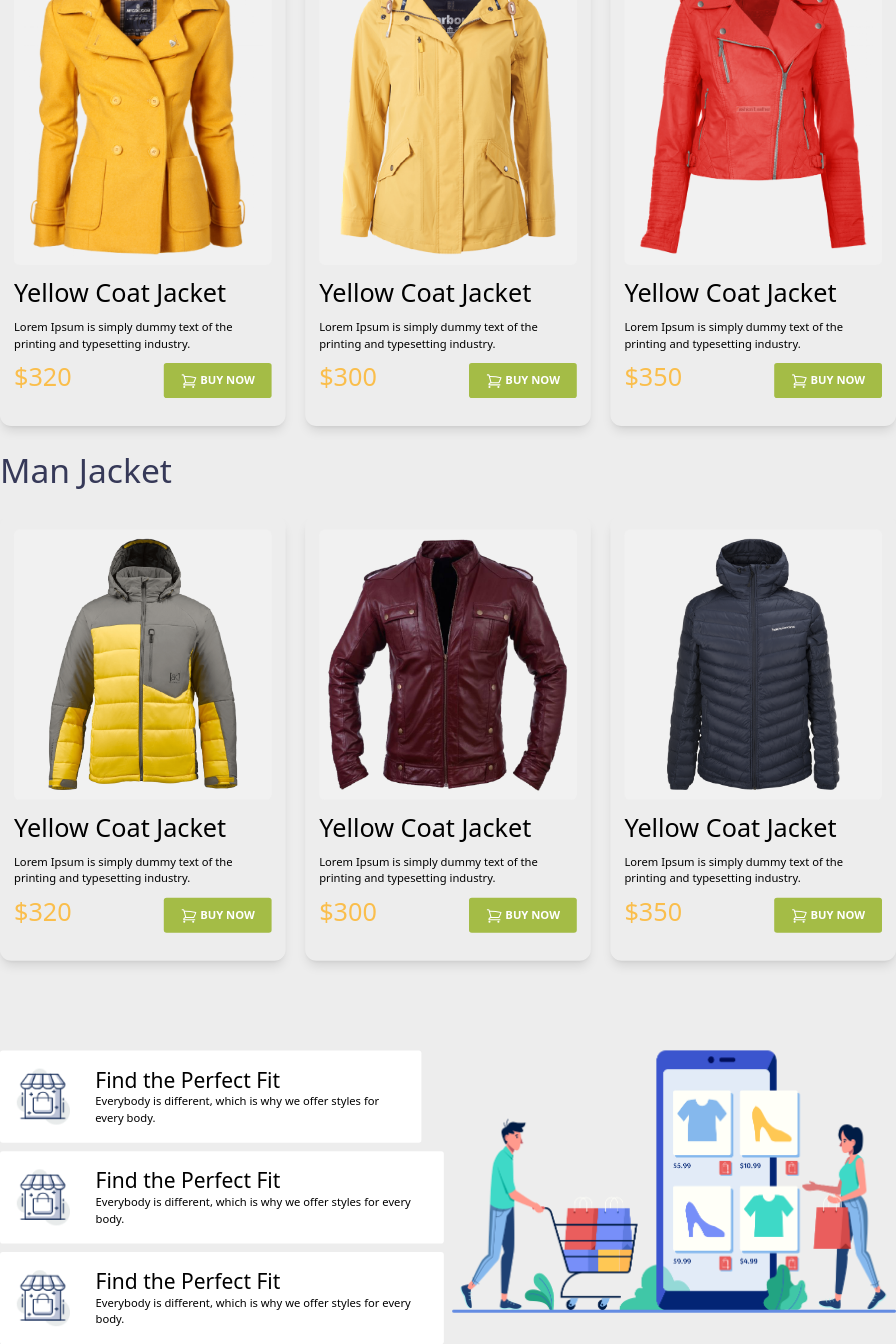
Repository: zjria/penguin-e-commerce-fashion
Page: index.html
The author's editor kept a copy of each file at every save. The page is drawn from the files as they stood at one save, then again after the next save.
The browser window is 1280 px wide. The pictures show the part of the page from y = 982 to 2902 px (the page is 2902 px tall), at 70% of full size.
Some web libraries are served in a nearby version.

Above is the page before, as saved 2022-10-07 10:01:11.

### index.html
<!DOCTYPE html>
<html lang="en">

<head>
    <meta charset="UTF-8">
    <meta http-equiv="X-UA-Compatible" content="IE=edge">
    <meta name="viewport" content="width=device-width, initial-scale=1.0">
    <title>Penguin E-commerce</title>
    <!-- Google Fonts Link -->
    <link rel="preconnect" href="https://fonts.googleapis.com">
    <link rel="preconnect" href="https://fonts.gstatic.com" crossorigin>
    <link href="https://fonts.googleapis.com/css2?family=Bebas+Neue&family=Roboto:wght@100;300;400;500&display=swap"
        rel="stylesheet">

    <!-- Tailwind CSS CDN link -->
    <script src="https://cdn.tailwindcss.com"></script>
    <script>
        tailwind.config = {
            theme: {
                extend: {
                    colors: {
                        clifford: '#da373d',
                        header_bg: '#FFFBF0',
                        main_text_color: '#363958',
                        price_color: '#FABE4C',
                        card_bg: '#F1F1F1',
                        full_card_bg: '#FFFFFF',
                        main_color: '#EDEDED'
                    }
                }
            }
        }
    </script>
</head>

<body>
    <h2 class="bg-purple-300 text-center font-header_text">Do selfless favor to people</h2>


    <!-- Header Section -->
    <header class="bg-header_bg pb-32 pt-24">
        <section class="container mx-auto uppercase sm:flex items-center justify-around">
            <div class="space-y-3">
                <h1 class="text-2xl sm:text-5xl font-bold font-header_text">
                    <span class="text-yellow-400">Be the Penguins</span> <br>
                    <span class="text-slate-600">of Winter</span>
                </h1>
                <p class="font-anther_text">Lorem Ipsum is simply dummy text of the printing
                    and typesetting industry.</p>
                <button class="uppercase bg-[#A4BC46] py-3 px-6 text-white font-semibold rounded font-anther_text"> <svg
                        xmlns="http://www.w3.org/2000/svg" fill="none" viewBox="0 0 24 24" stroke-width="1.5"
                        stroke="currentColor" class="w-6 h-6 inline text-white">
                        <path stroke-linecap="round" stroke-linejoin="round"
                            d="M2.25 3h1.386c.51 0 .955.343 1.087.835l.383 1.437M7.5 14.25a3 3 0 00-3 3h15.75m-12.75-3h11.218c1.121-2.3 2.1-4.684 2.924-7.138a60.114 60.114 0 00-16.536-1.84M7.5 14.25L5.106 5.272M6 20.25a.75.75 0 11-1.5 0 .75.75 0 011.5 0zm12.75 0a.75.75 0 11-1.5 0 .75.75 0 011.5 0z" />
                    </svg>
                    Buy Now</button>
            </div>
            <div class="pt-8 sm:pt-8">
                <img class=" w-1/2 sm:w-full" src="images/model.png" alt="">
            </div>
        </section>
    </header>

    <!-- Main Section Start -->
    <main class="bg-main_color">
        <!-- Woman Jacket -->
        <section class="container mx-auto">
            <h2 class="text-5xl my-10 text-main_text_color font-header_text">Woman Jacket</h2>
            <div class="grid md:grid-cols-2 lg:grid-cols-3 gap-7">
                <div class="full_card_bg ">
                    <div class="rounded-2xl shadow-lg p-5">
                        <div class="p-3 bg-card_bg rounded-lg">
                            <img src="images/jacket-1.png" alt="">
                        </div>
                        <div class="py-3">
                            <h3 class="text-4xl py-2">Yellow Coat Jacket</h3>
                            <p class="py-2">Lorem Ipsum is simply dummy text of the
                                printing and typesetting industry.</p>
                            <div class="flex justify-between py-2">
                                <h3 class="text-4xl text-price_color">$320</h3>
                                <button
                                    class="uppercase bg-[#A4BC46] py-3 px-6 text-white font-semibold rounded font-anther_text">
                                    <svg xmlns="http://www.w3.org/2000/svg" fill="none" viewBox="0 0 24 24"
                                        stroke-width="1.5" stroke="currentColor" class="w-6 h-6 inline text-white">
                                        <path stroke-linecap="round" stroke-linejoin="round"
                                            d="M2.25 3h1.386c.51 0 .955.343 1.087.835l.383 1.437M7.5 14.25a3 3 0 00-3 3h15.75m-12.75-3h11.218c1.121-2.3 2.1-4.684 2.924-7.138a60.114 60.114 0 00-16.536-1.84M7.5 14.25L5.106 5.272M6 20.25a.75.75 0 11-1.5 0 .75.75 0 011.5 0zm12.75 0a.75.75 0 11-1.5 0 .75.75 0 011.5 0z" />
                                    </svg>
                                    Buy Now</button>
                            </div>
                        </div>
                    </div>
                </div>
                <div class="full_card_bg ">
                    <div class="rounded-2xl shadow-lg p-5">
                        <div class="p-3 bg-card_bg rounded-lg">
                            <img src="images/jacket-2.png" alt="">
                        </div>
                        <div class="py-3">
                            <h3 class="text-4xl py-2">Yellow Coat Jacket</h3>
                            <p class="py-2">Lorem Ipsum is simply dummy text of the
                                printing and typesetting industry.</p>
                            <div class="flex justify-between py-2">
                                <h3 class="text-4xl text-price_color">$300</h3>
                                <button
                                    class="uppercase bg-[#A4BC46] py-3 px-6 text-white font-semibold rounded font-anther_text">
                                    <svg xmlns="http://www.w3.org/2000/svg" fill="none" viewBox="0 0 24 24"
                                        stroke-width="1.5" stroke="currentColor" class="w-6 h-6 inline text-white">
                                        <path stroke-linecap="round" stroke-linejoin="round"
                                            d="M2.25 3h1.386c.51 0 .955.343 1.087.835l.383 1.437M7.5 14.25a3 3 0 00-3 3h15.75m-12.75-3h11.218c1.121-2.3 2.1-4.684 2.924-7.138a60.114 60.114 0 00-16.536-1.84M7.5 14.25L5.106 5.272M6 20.25a.75.75 0 11-1.5 0 .75.75 0 011.5 0zm12.75 0a.75.75 0 11-1.5 0 .75.75 0 011.5 0z" />
                                    </svg>
                                    Buy Now</button>
                            </div>
                        </div>
                    </div>
                </div>
                <div class="full_card_bg ">
                    <div class="rounded-2xl shadow-lg p-5">
                        <div class="p-3 bg-card_bg rounded-lg">
                            <img src="images/jacket-3.png" alt="">
                        </div>
                        <div class="py-3">
                            <h3 class="text-4xl py-2">Yellow Coat Jacket</h3>
                            <p class="py-2">Lorem Ipsum is simply dummy text of the
                                printing and typesetting industry.</p>
                            <div class="flex justify-between py-2">
                                <h3 class="text-4xl text-price_color">$350</h3>
                                <button
                                    class="uppercase bg-[#A4BC46] py-3 px-6 text-white font-semibold rounded font-anther_text">
                                    <svg xmlns="http://www.w3.org/2000/svg" fill="none" viewBox="0 0 24 24"
                                        stroke-width="1.5" stroke="currentColor" class="w-6 h-6 inline text-white">
                                        <path stroke-linecap="round" stroke-linejoin="round"
                                            d="M2.25 3h1.386c.51 0 .955.343 1.087.835l.383 1.437M7.5 14.25a3 3 0 00-3 3h15.75m-12.75-3h11.218c1.121-2.3 2.1-4.684 2.924-7.138a60.114 60.114 0 00-16.536-1.84M7.5 14.25L5.106 5.272M6 20.25a.75.75 0 11-1.5 0 .75.75 0 011.5 0zm12.75 0a.75.75 0 11-1.5 0 .75.75 0 011.5 0z" />
                                    </svg>
                                    Buy Now</button>
                            </div>
                        </div>
                    </div>
                </div>


            </div>

        </section>

        <!-- Man Jacket -->
        <section class="container mx-auto">
            <h2 class="text-5xl my-10 text-main_text_color font-header_text">Man Jacket</h2>
            <div class="grid md:grid-cols-2 lg:grid-cols-3 gap-7">
                <div class="full_card_bg ">
                    <div class="rounded-2xl shadow-lg p-5">
                        <div class="p-3 bg-card_bg rounded-lg">
                            <img src="images/jacket-4.png" alt="">
                        </div>
                        <div class="py-3">
                            <h3 class="text-4xl py-2">Yellow Coat Jacket</h3>
                            <p class="py-2">Lorem Ipsum is simply dummy text of the
                                printing and typesetting industry.</p>
                            <div class="flex justify-between py-2">
                                <h3 class="text-4xl text-price_color">$320</h3>
                                <button
                                    class="uppercase bg-[#A4BC46] py-3 px-6 text-white font-semibold rounded font-anther_text">
                                    <svg xmlns="http://www.w3.org/2000/svg" fill="none" viewBox="0 0 24 24"
                                        stroke-width="1.5" stroke="currentColor" class="w-6 h-6 inline text-white">
                                        <path stroke-linecap="round" stroke-linejoin="round"
                                            d="M2.25 3h1.386c.51 0 .955.343 1.087.835l.383 1.437M7.5 14.25a3 3 0 00-3 3h15.75m-12.75-3h11.218c1.121-2.3 2.1-4.684 2.924-7.138a60.114 60.114 0 00-16.536-1.84M7.5 14.25L5.106 5.272M6 20.25a.75.75 0 11-1.5 0 .75.75 0 011.5 0zm12.75 0a.75.75 0 11-1.5 0 .75.75 0 011.5 0z" />
                                    </svg>
                                    Buy Now</button>
                            </div>
                        </div>
                    </div>
                </div>
                <div class="full_card_bg ">
                    <div class="rounded-2xl shadow-lg p-5">
                        <div class="p-3 bg-card_bg rounded-lg">
                            <img src="images/jacket-5.png" alt="">
                        </div>
                        <div class="py-3">
                            <h3 class="text-4xl py-2">Yellow Coat Jacket</h3>
                            <p class="py-2">Lorem Ipsum is simply dummy text of the
                                printing and typesetting industry.</p>
                            <div class="flex justify-between py-2">
                                <h3 class="text-4xl text-price_color">$300</h3>
                                <button
                                    class="uppercase bg-[#A4BC46] py-3 px-6 text-white font-semibold rounded font-anther_text">
                                    <svg xmlns="http://www.w3.org/2000/svg" fill="none" viewBox="0 0 24 24"
                                        stroke-width="1.5" stroke="currentColor" class="w-6 h-6 inline text-white">
                                        <path stroke-linecap="round" stroke-linejoin="round"
                                            d="M2.25 3h1.386c.51 0 .955.343 1.087.835l.383 1.437M7.5 14.25a3 3 0 00-3 3h15.75m-12.75-3h11.218c1.121-2.3 2.1-4.684 2.924-7.138a60.114 60.114 0 00-16.536-1.84M7.5 14.25L5.106 5.272M6 20.25a.75.75 0 11-1.5 0 .75.75 0 011.5 0zm12.75 0a.75.75 0 11-1.5 0 .75.75 0 011.5 0z" />
                                    </svg>
                                    Buy Now</button>
                            </div>
                        </div>
                    </div>
                </div>
                <div class="full_card_bg ">
                    <div class="rounded-2xl shadow-lg p-5">
                        <div class="p-3 bg-card_bg rounded-lg">
                            <img src="images/jacket-6.png" alt="">
                        </div>
                        <div class="py-3">
                            <h3 class="text-4xl py-2">Yellow Coat Jacket</h3>
                            <p class="py-2">Lorem Ipsum is simply dummy text of the
                                printing and typesetting industry.</p>
                            <div class="flex justify-between py-2">
                                <h3 class="text-4xl text-price_color">$350</h3>
                                <button
                                    class="uppercase bg-[#A4BC46] py-3 px-6 text-white font-semibold rounded font-anther_text">
                                    <svg xmlns="http://www.w3.org/2000/svg" fill="none" viewBox="0 0 24 24"
                                        stroke-width="1.5" stroke="currentColor" class="w-6 h-6 inline text-white">
                                        <path stroke-linecap="round" stroke-linejoin="round"
                                            d="M2.25 3h1.386c.51 0 .955.343 1.087.835l.383 1.437M7.5 14.25a3 3 0 00-3 3h15.75m-12.75-3h11.218c1.121-2.3 2.1-4.684 2.924-7.138a60.114 60.114 0 00-16.536-1.84M7.5 14.25L5.106 5.272M6 20.25a.75.75 0 11-1.5 0 .75.75 0 011.5 0zm12.75 0a.75.75 0 11-1.5 0 .75.75 0 011.5 0z" />
                                    </svg>
                                    Buy Now</button>
                            </div>
                        </div>
                    </div>
                </div>
            </div>
        </section>
        <!-- ‍Shopping Section Start -->
        <section class="container mx-auto mt-32">
            <div class="grid grid-cols-2 gap-3">
                <div class="bg-white rounded flex p-6 justify-center items-center mr-8">
                    <img class="w-20 h-20" src="images/house.png" alt="">
                    <div class="text pl-9">
                        <h4 class="text-3xl">Find the Perfect Fit</h4>
                        <p>Everybody is different, which is why we
                            offer styles for every body.</p>
                    </div>
                </div>
                <div class="row-span-3">
                    <img src="images/shopping.png" alt="">
                </div>
                <div class="bg-white rounded flex p-6 justify-center items-center">
                    <img class="w-20 h-20" src="images/house.png" alt="">
                    <div class="text pl-9">
                        <h4 class="text-3xl">Find the Perfect Fit</h4>
                        <p>Everybody is different, which is why we
                            offer styles for every body.</p>
                    </div>
                </div>
                <div class="bg-white rounded flex p-6 justify-center items-center">
                    <img class="w-20 h-20" src="images/house.png" alt="">
                    <div class="text pl-9">
                        <h4 class="text-3xl">Find the Perfect Fit</h4>
                        <p>Everybody is different, which is why we
                            offer styles for every body.</p>
                    </div>
                </div>
            </div>
        </section>
    </main>

</body>

</html>

After the next save:
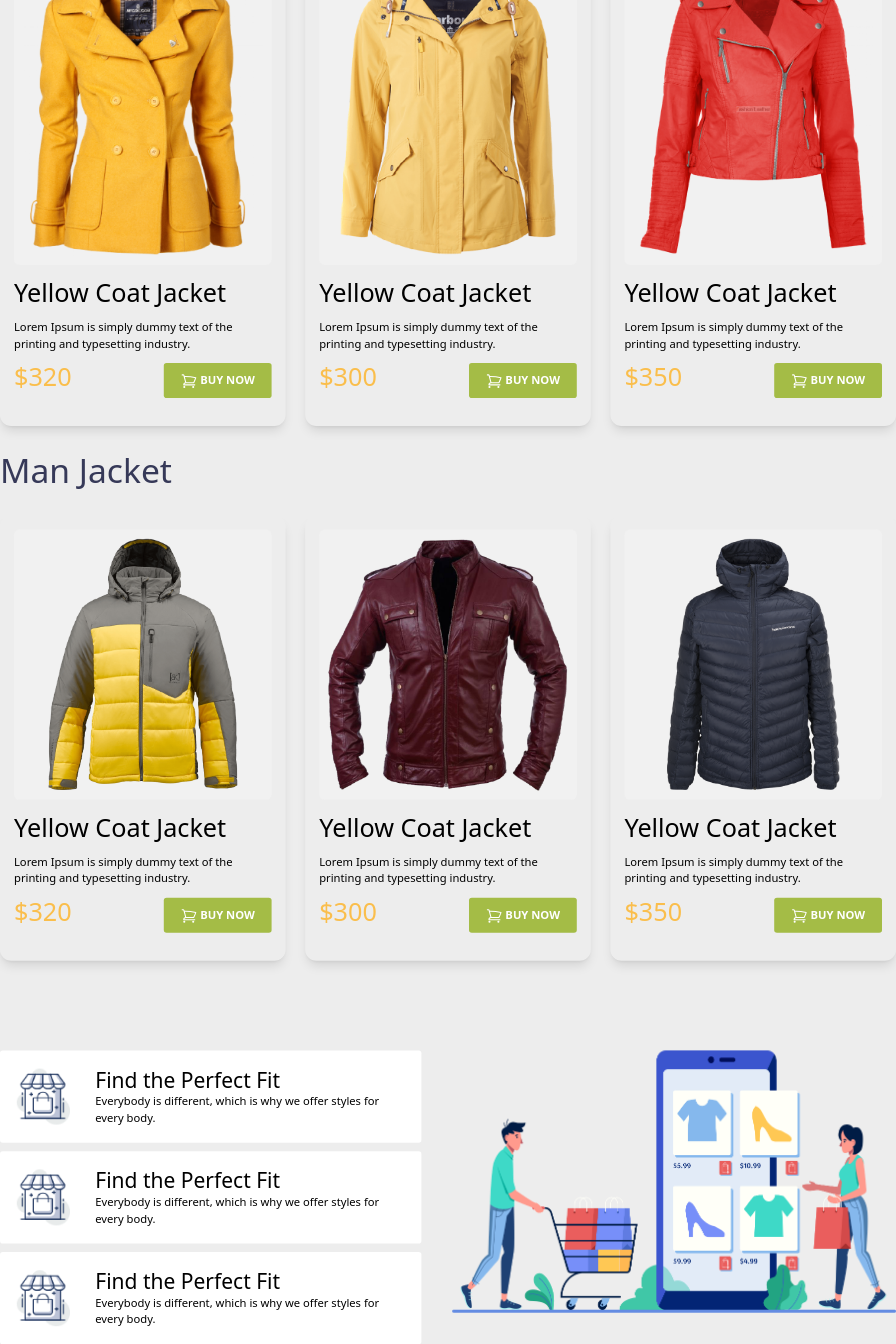
Saved 14 s later.
--- a/index.html
+++ b/index.html
@@ -231,7 +231,7 @@
                 <div class="row-span-3">
                     <img src="images/shopping.png" alt="">
                 </div>
-                <div class="bg-white rounded flex p-6 justify-center items-center">
+                <div class="bg-white rounded flex p-6 justify-center items-center mr-8">
                     <img class="w-20 h-20" src="images/house.png" alt="">
                     <div class="text pl-9">
                         <h4 class="text-3xl">Find the Perfect Fit</h4>
@@ -239,7 +239,7 @@
                             offer styles for every body.</p>
                     </div>
                 </div>
-                <div class="bg-white rounded flex p-6 justify-center items-center">
+                <div class="bg-white rounded flex p-6 justify-center items-center mr-8">
                     <img class="w-20 h-20" src="images/house.png" alt="">
                     <div class="text pl-9">
                         <h4 class="text-3xl">Find the Perfect Fit</h4>
